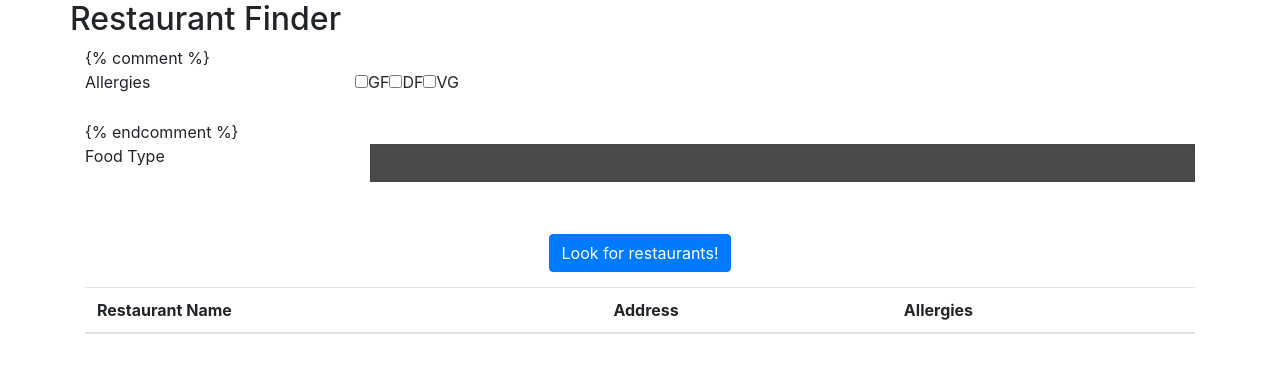
Repository: KobeRox/Loremips
Page: index.html
The author's editor kept a copy of each file at every save. The page is drawn from the files as they stood at one save, then again after the next save.
The browser window is 1280 px wide. The pictures show the whole page.
Some web libraries are served in a nearby version.

Above is the page before, as saved 2019-09-08 17:05:52.
Console error: TypeError: Cannot read properties of undefined (reading 'fn')

After the next save:
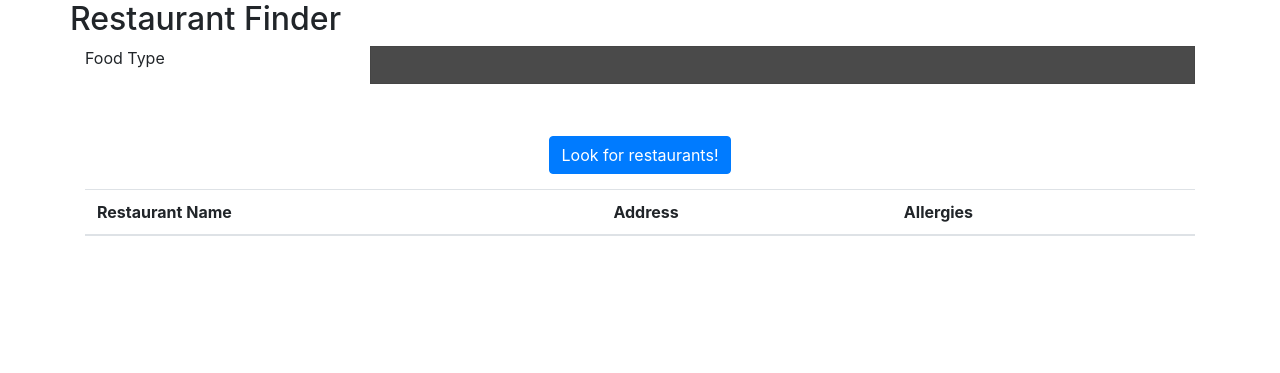
Saved 8 s later.
--- a/index.html
+++ b/index.html
@@ -54,26 +54,7 @@
             <div class="row" style="text-align: center;">
                 <h2>Restaurant Finder</h2>
             </div>
-            {% comment %} <div class="row" style="margin-bottom: 10px;">
-                <div class="col-xs-3 col-md-3">
-                    <p>Allergies</p>
-                </div>
-                <div class=" col-xs-3 checkbox" style="margin-top: 0px !important">
-                    <label>
-                        <input type="checkbox" value="apple">GF
-                    </label>
-                </div>
-                <div class=" col-xs-3 checkbox">
-                    <label>
-                        <input type="checkbox" value="pear">DF
-                    </label>
-                </div>
-                <div class=" col-xs-3 checkbox">
-                    <label>
-                        <input type="checkbox" value="orange">VG
-                    </label>
-                </div>
-            </div> {% endcomment %}
+
 
 
             <div class="row" style="margin-bottom: 50px;">
